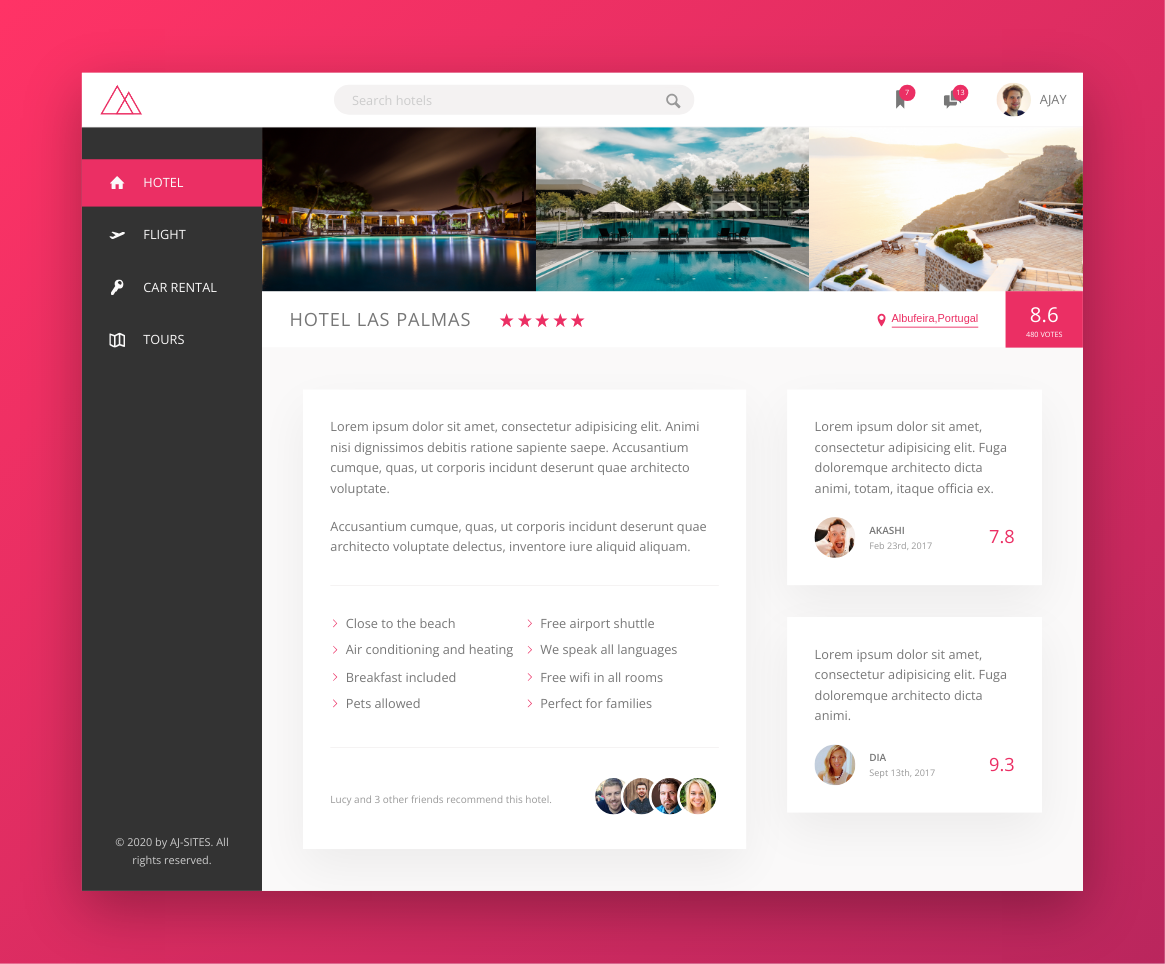
Repository: ajayaj2001/modern-Hotel
Page: /
These files come from the project's save history. The page is drawn as it stood at one moment and after the next save; the edit follows.
The browser window is 1280 px wide. The pictures show the whole page, at 91% of full size.
The project was rebuilt for these pictures with package versions that can differ from the ones it lists, and the page was loaded fresh each time.

Above is the page before, as saved 2020-12-14 00:11:43.

### public/index.html
<!DOCTYPE html>
<html lang="en">

<head>
  <meta charset="utf-8" />
  <link rel="icon" href="%PUBLIC_URL%/favicon.ico" />
  <meta name="viewport" content="width=device-width, initial-scale=1" />
  <meta name="theme-color" content="#000000" />
  <meta name="description" content="Web site created using create-react-app" />
  <link rel="apple-touch-icon" href="%PUBLIC_URL%/logo192.png" />
  <link rel="preconnect" href="https://fonts.gstatic.com">
  <link href="https://fonts.googleapis.com/css2?family=Open+Sans:wght@300;400;600&display=swap" rel="stylesheet">
  <!--
      manifest.json provides metadata used when your web app is installed on a
      user's mobile device or desktop. See https://developers.google.com/web/fundamentals/web-app-manifest/
    -->
  <link rel="manifest" href="%PUBLIC_URL%/manifest.json" />
  <!--
      Notice the use of %PUBLIC_URL% in the tags above.
      It will be replaced with the URL of the `public` folder during the build.
      Only files inside the `public` folder can be referenced from the HTML.

      Unlike "/favicon.ico" or "favicon.ico", "%PUBLIC_URL%/favicon.ico" will
      work correctly both with client-side routing and a non-root public URL.
      Learn how to configure a non-root public URL by running `npm run build`.
    -->
  <title>React App</title>
</head>

<body>
  <noscript>You need to enable JavaScript to run this app.</noscript>
  <div id="root"></div>
  <!--
      This HTML file is a template.
      If you open it directly in the browser, you will see an empty page.

      You can add webfonts, meta tags, or analytics to this file.
      The build step will place the bundled scripts into the <body> tag.

      To begin the development, run `npm start` or `yarn start`.
      To create a production bundle, use `npm run build` or `yarn build`.
    -->
</body>

</html>

### src/index.js
import React from 'react';
import ReactDOM from 'react-dom';
import './index.scss';
import App from '../src/app/App';

ReactDOM.render(
  <React.StrictMode>
    <App />
  </React.StrictMode>,
  document.getElementById('root')
);

### src/index.scss
@import "../src/scss/reuse.scss";
* {
  margin: 0;
  padding: 0;
}
:root {
  --color-primary: #eb2f64;
  --color-primary-light: #ff3366;
  --color-primary-dark: #ba265d;

  --color-gray-light-1: #faf9f9;
  --color-gray-light-2: #f4f2f2;
  --color-gray-light-3: #f0eeee;
  --color-gray-light-4: #ccc;

  --color-gray-dark-1: #333;
  --color-gray-dark-2: #777;
  --color-gray-dark-3: #999;

  --line: 1px solid var(--color-gray-light-2);
  --shadow-light: 0 2rem 5rem rgba(0, 0, 0, 0.06);
}
*,
*::before,
*::after {
  box-sizing: inherit;
}
html {
  box-sizing: border-box;
  font-size: 62.5%; //1rem=10px 10px/16px=62.5%
}
body {
  font-family: "Open Sans", sans-serif;
  -webkit-font-smoothing: antialiased;
  -moz-osx-font-smoothing: grayscale;
  font-family: "Open Sans", sans-serif;
  font-weight: 400;
  line-height: 1.6;
  background-image: linear-gradient(to right bottom, var(--color-primary-light), var(--color-primary-dark));
  background-size: cover;
  background-repeat: no-repeat;
  min-height: 100vh;
  color: var(--color-gray-dark-2);
}

### src/app/App.js
import React from 'react';
import Header from '../header/Header';
import Navigation from '../navigation/Navigation'
import Hotelview from '../hotel-view/Hotelview'
import './App.scss';
function App() {
  return (
    <div className="container">
      <Header />
      <div className="content">
        <Navigation />
        <Hotelview />
      </div>
    </div>
  );
}

export default App;

### src/scss/reuse.scss
// variables

// $primary: #eb2f64;
// $primary-light: #ff3366;
// $primary-dark: #ba265d;

// $gray-light-1: #faf9f9;
// $gray-light-2: #f4f2f2;
// $gray-light-3: #f0eeee;

// $gray-dark-1: #333;
// $gray-dark-2: #777;
// $gray-dark-3: #999;

### src/header/Header.js
import React from 'react'
import './Header.scss';
import logo from '../img/logo.png';
import user from '../img/user.jpg';
import svg from '../img/sprite.svg'
const Header = () => {
    return (
        <div className="header">
            <img src={logo} alt="logo" className="logo" />

            <form action="#" className="search">
                <input type="text" className="search__input" placeholder="Search hotels" />
                <button className="search__button">
                    <svg className="search__icon">
                        <use xlinkHref={`${svg}#icon-magnifying-glass`}></use>
                    </svg>
                </button>
            </form>
            <nav className="user-nav">
                <div className="user-nav__icon-box">
                    <svg className="user-nav__icon">
                        <use xlinkHref={`${svg}#icon-bookmark`}></use>
                    </svg>
                    <span className="user-nav__notification">7</span>
                </div>
                <div className="user-nav__icon-box">
                    <svg className="user-nav__icon">
                        <use xlinkHref={`${svg}#icon-chat`}></use>
                    </svg>
                    <span className="user-nav__notification">13</span>
                </div>
                <div className="user-nav__user">
                    <img src={user} alt="user-profile" className="user-nav__user-photo" />
                    <span className="user-nav__user-name">AJAY</span>
                </div>
            </nav>
        </div>
    )
}

export default Header

### src/navigation/Navigation.js
import React from 'react'
import './Navigation.scss'
import svg from '../img/sprite.svg'
const Navigation = () => {
    return (
        <React.Fragment>
            <nav className="sidebar">
                <ul className="side-nav">
                    <li className="side-nav__item side-nav__item--active">
                        <a href="#home" className="side-nav__link">
                            <svg className="side-nav__icon">
                                <use xlinkHref={`${svg}#icon-home`}></use>
                            </svg>
                            <span className="side-nav__text">hotel</span>
                        </a>
                    </li>
                    <li className="side-nav__item">
                        <a href="#flight" className="side-nav__link">
                            <svg className="side-nav__icon">
                                <use xlinkHref={`${svg}#icon-aircraft-take-off`}></use>
                            </svg>
                            <span className="side-nav__text">flight</span>
                        </a>
                    </li>
                    <li className="side-nav__item">
                        <a href="#car-rental" className="side-nav__link">
                            <svg className="side-nav__icon">
                                <use xlinkHref={`${svg}#icon-key`}></use>
                            </svg>
                            <span className="side-nav__text">car rental</span>
                        </a>
                    </li>
                    <li className="side-nav__item">
                        <a href="#tours" className="side-nav__link">
                            <svg className="side-nav__icon">
                                <use xlinkHref={`${svg}#icon-map`}></use>
                            </svg>
                            <span className="side-nav__text">tours</span>
                        </a>
                    </li>
                </ul>
                <div className="legal">
                    &copy; 2020 by AJ-SITES. All rights reserved.
                </div>
            </nav>
        </React.Fragment>
    )
}

export default Navigation

### src/hotel-view/Hotelview.js
import React from 'react'
import Detail from './detail/Detail'
import './Hotelview.scss'
import Overview from './overview/Overview'
const Hotelview = () => {
    return (
        <React.Fragment>
            <main className="hotelview">
                <Overview />
                <Detail />
            </main>
        </React.Fragment>
    )
}

export default Hotelview

### src/app/App.scss
.container {
    max-width: 110rem;
    margin: 8rem auto;
    background-color: var(--color-gray-light-2);
    box-shadow: 0 2rem 6rem rgba(black, 0.3);
    min-height: 50rem;
}
.content {
    display: flex;
}

### src/header/Header.scss
.header {
    height: 6rem;
    background-color: #fff;
    border-bottom: var(--line);
    display: flex;
    justify-content: space-between;
    align-items: center;
}
.logo {
    height: 3.25rem;
    margin-left: 2rem;
}
.search {
    display: flex;
    flex: 0 0 40%;
    align-items: center;
    justify-content: center;

    &__input {
        font-family: inherit;
        font-size: 1.4rem;
        color: inherit;
        background-color: var(--color-gray-light-2);
        border: none;
        padding: 0.7rem 2rem;
        border-radius: 10rem;
        width: 90%;
        transition: all 0.3s;
        margin-right: -3.25rem;
        &:focus {
            outline: none;
            width: 100%;
            background-color: var(--color-gray-light-3);
        }
        &::-webkit-input-placeholder {
            font-weight: 100;
            color: var(--color-gray-light-4);
        }
    }
    &__input:focus + &__button {
        background-color: var(--color-gray-light-3);
    }
    &__button {
        height: 2.8rem;
        border: none;
        background-color: var(--color-gray-light-2);
        &:focus {
            outline: none;
        }
        &:active {
            transform: translateY(2px);
        }
    }
    &__icon {
        height: 3rem;
        width: 2rem;
        fill: var(--color-gray-dark-3);
    }
}

.user-nav {
    align-self: stretch;
    display: flex;
    align-items: center;
    cursor: pointer;
    & > * {
        height: 100%;
        padding: 0 1.8rem;
        display: flex;
        align-items: center;
    }
    & > *:hover {
        background-color: var(--color-gray-light-2);
    }
    &__icon-box {
        position: relative;
    }
    &__icon {
        height: 2.25rem;
        width: 2.25rem;
        fill: var(--color-gray-dark-2);
    }
    &__notification {
        font-size: 0.8rem;
        height: 1.75rem;
        width: 1.75rem;
        border-radius: 50%;
        background-color: var(--color-primary);
        color: #fff;
        position: absolute;
        top: 1.3rem;
        right: 1.3rem;
        display: flex;
        justify-content: center;
        align-items: center;
    }
    &__user-photo {
        height: 3.75rem;
        border-radius: 50%;
        margin-right: 1rem;
    }
    &__user-name {
        font-size: 1.4rem;
    }
}

### src/navigation/Navigation.scss
.sidebar {
    background-color: var(--color-gray-dark-1);
    flex: 0 0 18%;
    display: flex;
    flex-direction: column;
    justify-content: space-between;
}
.side-nav {
    font-size: 1.4rem;
    list-style: none;
    margin-top: 3.5rem;
    &__item {
        position: relative;
        &:not(:last-child) {
            margin-bottom: 0.5rem;
        }
    }
    &__item::before {
        content: "";
        position: absolute;
        top: 0;
        left: 0;
        height: 100%;
        width: 3px;
        background-color: var(--color-primary);
        transform: scaleY(0);
        transition: transform 0.2s, width 0.4s cubic-bezier(1, 0, 0, 1) 0.2s, background-color 0.1s;
    }
    &__item:hover::before,
    &__item--active::before {
        transform: scaleY(1);
        width: 100%;
    }
    &__item:active::before {
        background-color: var(--color-primary-light);
    }
    &__link:link,
    &__link:visited {
        position: relative;
        color: var(--color-gray-light-1);
        text-decoration: none;
        text-transform: uppercase;
        display: block;
        padding: 1.5rem 3rem;
        display: flex;
        align-items: center;
        z-index: 20;
    }
    &__icon {
        width: 1.75rem;
        height: 1.75rem;
        fill: currentColor;
        margin-right: 2rem;
    }
}
.legal {
    font-size: 1.2rem;
    text-align: center;
    padding: 2.5rem;
    color: var(--color-gray-light-4);
}

### src/hotel-view/Hotelview.scss
.hotelview {
    background-color: #fff;
    flex: 1;
}

### src/hotel-view/detail/Detail.scss
.detail {
    display: flex;
    padding: 4.5rem;
    background-color: var(--color-gray-light-1);
    border-bottom: var(--line);
    font-size: 1.4rem;
}
.description {
    flex: 0 0 60%;
    background-color: #fff;
    margin-right: 4.5rem;
    box-shadow: var(--shadow-light);
    padding: 3rem;
}
.user-review {
    flex: 1;
}
.paragraph:not(:last-of-type) {
    margin-bottom: 2rem;
}
.list {
    margin: 3rem 0;
    list-style: none;
    padding: 3rem 0;
    border-top: var(--line);
    border-bottom: var(--line);
    display: flex;
    flex-wrap: wrap;
    &__item {
        width: 50%;
        margin-bottom: 0.7rem;
    }
    &__item::before {
        content: "";
        display: inline-block;
        height: 1rem;
        width: 1rem;
        margin-right: 0.7rem;
        // background-image: url(../../img/chevron-thin-right.svg);
        // background-size: cover;
        background-color: var(--color-primary);
        -webkit-mask-image: url(../../img/chevron-thin-right.svg);
        -webkit-mask-size: cover;
        mask-image: url(../../img/chevron-thin-right.svg);
        mask-size: cover;
    }
}
.recommend {
    font-size: 1.1rem;
    color: var(--color-gray-dark-3);
    display: flex;
    align-items: center;
    // justify-content: space-between;
    &__count {
        margin-right: auto;
    }
    &__photo {
        box-sizing: content-box;
        height: 4rem;
        width: 4rem;
        border-radius: 50%;
        border: 3px solid #fff;
        &:not(:last-child) {
            margin-right: -1.5rem;
        }
    }
}

### src/hotel-view/detail/review/Review.js
import React from 'react'
import './Review.scss'
const Review = (props) => {
    return (
        <React.Fragment>
            <figure className="review" >
                <blockquote className="review__text">
                    {props.text}
                </blockquote>
                <figcaption className="review__user">
                    <img src={props.image} alt="reviewer" className="review__photo" />
                    <div className="review__user-box">
                        <p className="review__user-name">{props.name}</p>
                        <p className="review__user-date">{props.date}</p>
                    </div>
                    <div className="review__rating">{props.rating}</div>
                </figcaption>
            </figure>
        </React.Fragment>
    )
}

export default Review

### src/hotel-view/overview/Overview.scss
.gallery {
    display: flex;
    &__photo {
        width: 100%;
        display: block;
    }
}

.overview {
    background-color: white;
    display: flex;
    align-items: center;
    border-bottom: var(--line);
    &__heading {
        font-size: 2rem;
        font-weight: 300;
        text-transform: uppercase;
        letter-spacing: 1px;
        padding: 1.5rem 3rem;
    }
    &__stars {
        margin-right: auto;
        display: flex;
    }
    &__icon-star,
    &__icon-location {
        width: 1.75rem;
        height: 1.75rem;
        fill: var(--color-primary);
        margin-right: 0.2rem;
    }
    &__location {
        font-size: 1.2rem;
        display: flex;
        align-items: center;
    }
    &__rating {
        align-self: stretch;
        align-items: center;
        background-color: var(--color-primary);
        padding: 0 2.25rem;
        color: #fff;

        display: flex;
        flex-direction: column;
        align-items: center;
        justify-content: center;
        margin-left: 3rem;
        &-average {
            font-size: 2.25rem;
            font-weight: 300;
            margin-bottom: -3px;
        }
        &-count {
            font-size: 0.8rem;
            text-transform: uppercase;
        }
    }
}

.btn-inline {
    border: none;
    color: var(--color-primary);
    font-size: inherit;
    border-bottom: 1px solid currentColor;
    padding-bottom: 2px;
    display: inline-block;
    background-color: transparent;
    cursor: pointer;
    transition: all 0.2s;
    &:hover {
        color: var(--color-gray-dark-1);
    }

    &:focus {
        outline: none;
        animation: pulsate 1s infinite;
    }
}

@keyframes pulsate {
    0% {
        transform: scale(1);
        box-shadow: none;
    }
    50% {
        transform: scale(1.03);
        box-shadow: 0 1rem 1rem rgba(0, 0, 0, 0.25);
    }
    100% {
        transform: scale(1);
        box-shadow: none;
    }
}

### src/hotel-view/detail/review/Review.scss
.review {
    background-color: #fff;
    box-shadow: var(--shadow-light);
    padding: 3rem;
    margin-bottom: 3.5rem;
    &__text {
        margin-bottom: 2rem;
    }
    &__user {
        display: flex;
        align-items: center;
    }
    &__user-box {
        padding: 0 1.5rem;
    }
    &__user-name {
        font-size: 1.1rem;
        font-weight: 600;
        text-transform: uppercase;
    }
    &__user-date {
        font-size: 1rem;
        color: var(--color-gray-dark-3);
    }
    &__photo {
        height: 4.5rem;
        width: 4.5rem;
        border-radius: 50%;
    }
    &__rating {
        margin-left: auto;
        font-size: 2rem;
        color: var(--color-primary);
        font-weight: 300;
    }
    &::before {
        content: "";
    }
}

Loaded but not shown: src/hotel-view/detail/Detail.js (68 lines, source omitted); src/hotel-view/overview/Overview.js (57 lines, source omitted)

After the next save:
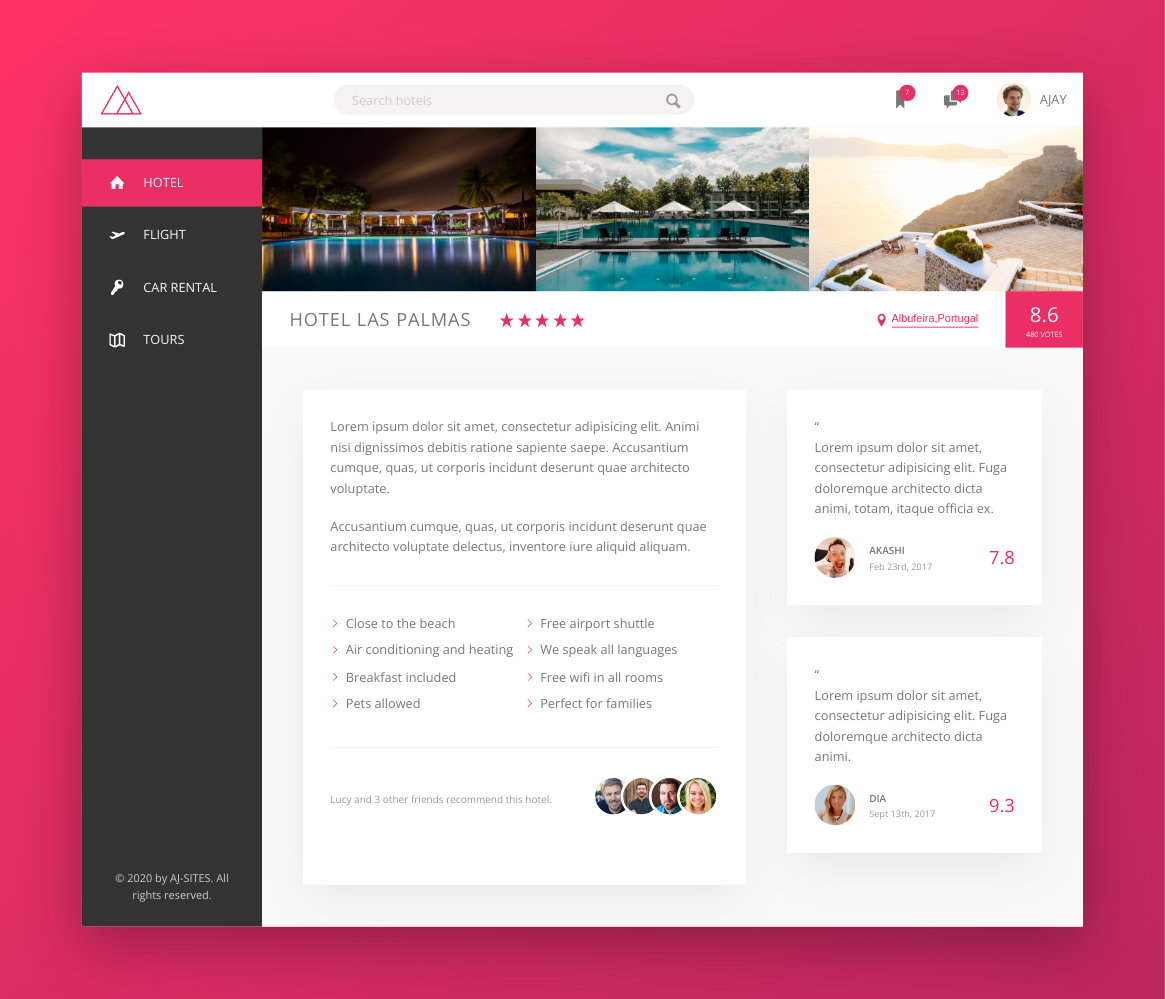
Saved 6 min 3 s later.
--- a/src/hotel-view/detail/review/Review.scss
+++ b/src/hotel-view/detail/review/Review.scss
@@ -34,6 +34,6 @@
         font-weight: 300;
     }
     &::before {
-        content: "";
+        content: "\201C";
     }
 }

After the save that followed:
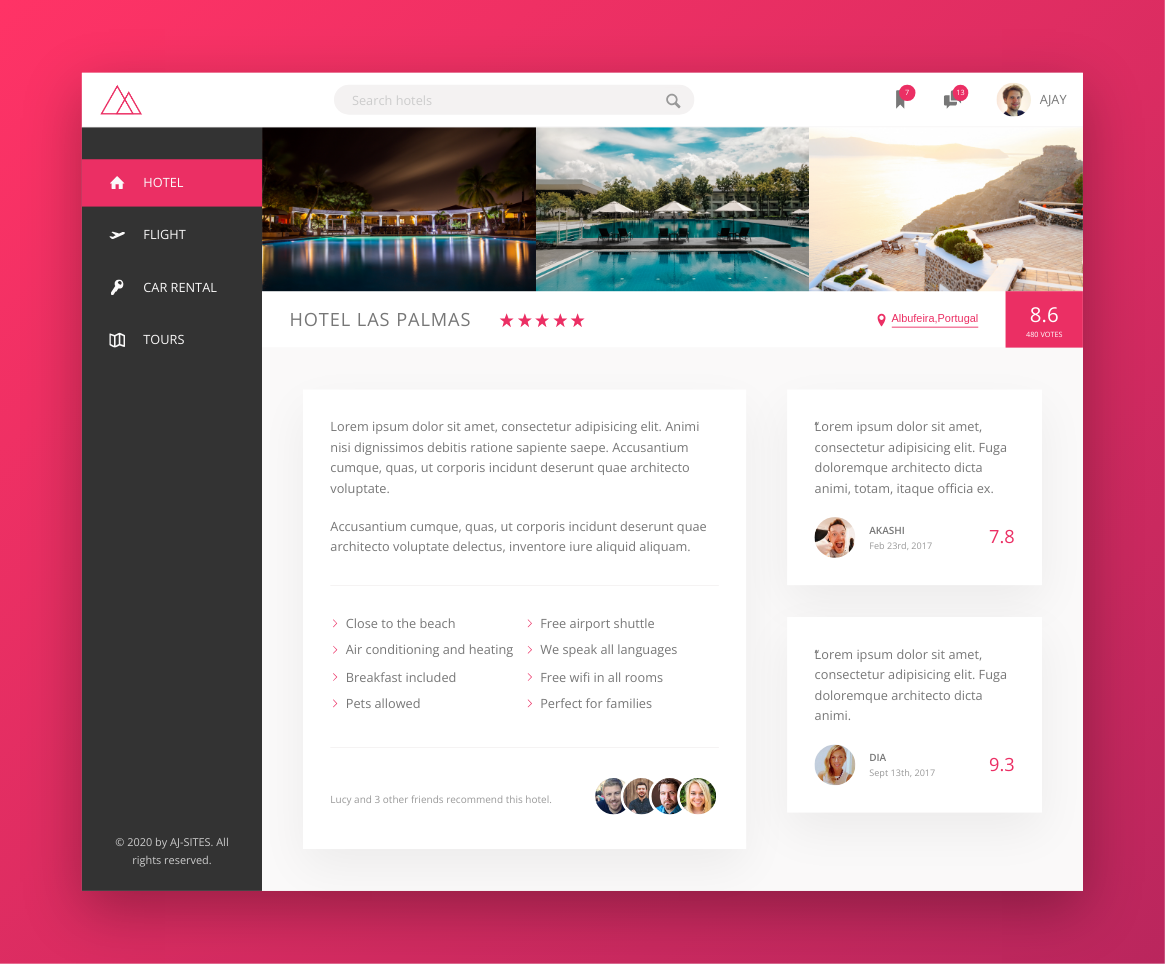
Saved 39 s later.
--- a/src/hotel-view/detail/review/Review.scss
+++ b/src/hotel-view/detail/review/Review.scss
@@ -3,6 +3,7 @@
     box-shadow: var(--shadow-light);
     padding: 3rem;
     margin-bottom: 3.5rem;
+    position: relative;
     &__text {
         margin-bottom: 2rem;
     }
@@ -35,5 +36,6 @@
     }
     &::before {
         content: "\201C";
+        position: absolute;
     }
 }
